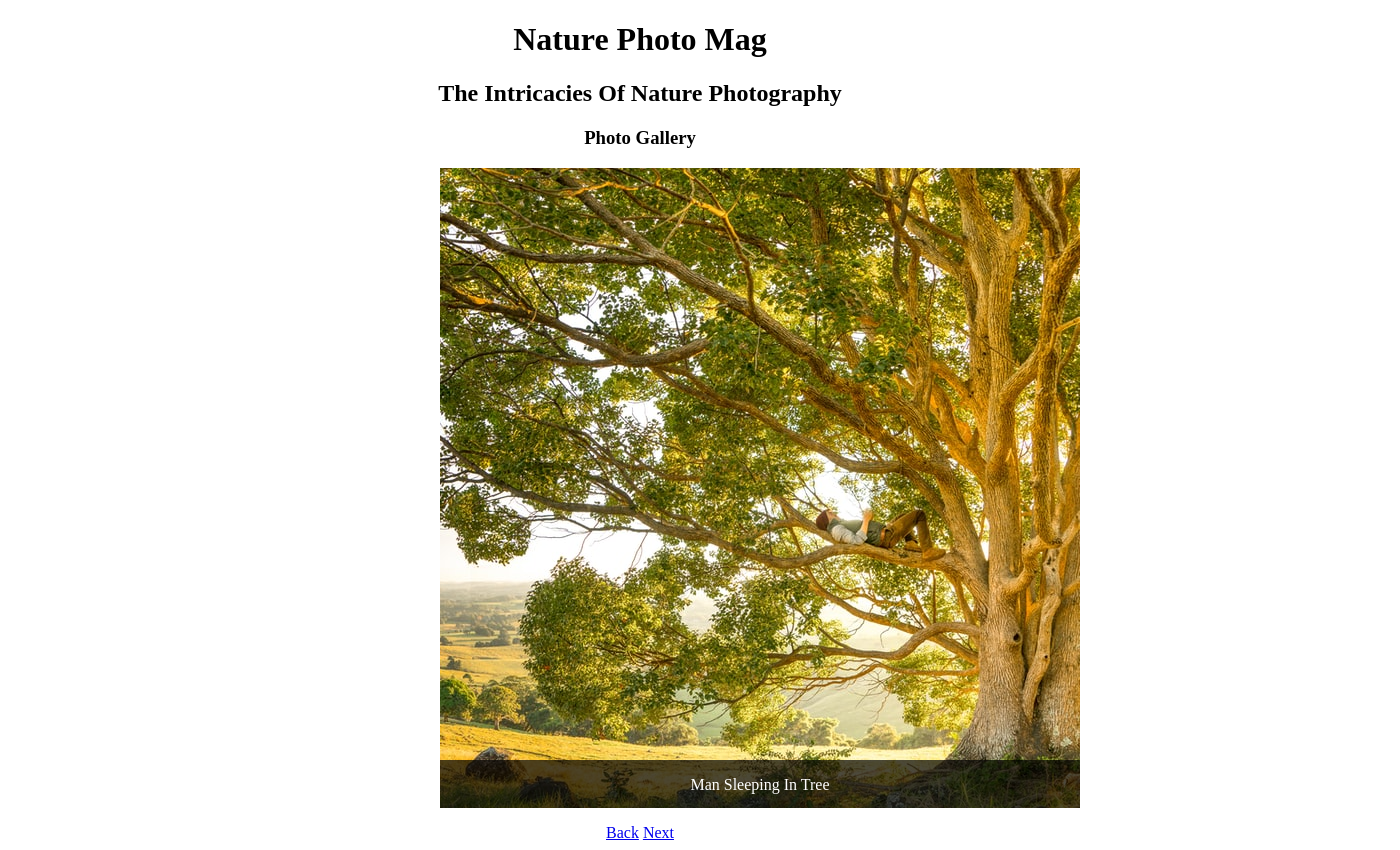
Repository: alexmaddux99/Image-Gallery
Page: index.html
These files come from the project's save history. The page is drawn as it stood at one moment and after the next save; the edit follows.
The browser window is 1280 px wide. The page is 1280 px wide, then 1400 px, then 1280 px, so the pictures cover 1400 px, including what lies to the right of the window. The pictures show the whole page.

Above is the page before, as saved 2022-03-08 12:18:22.

After the next save:
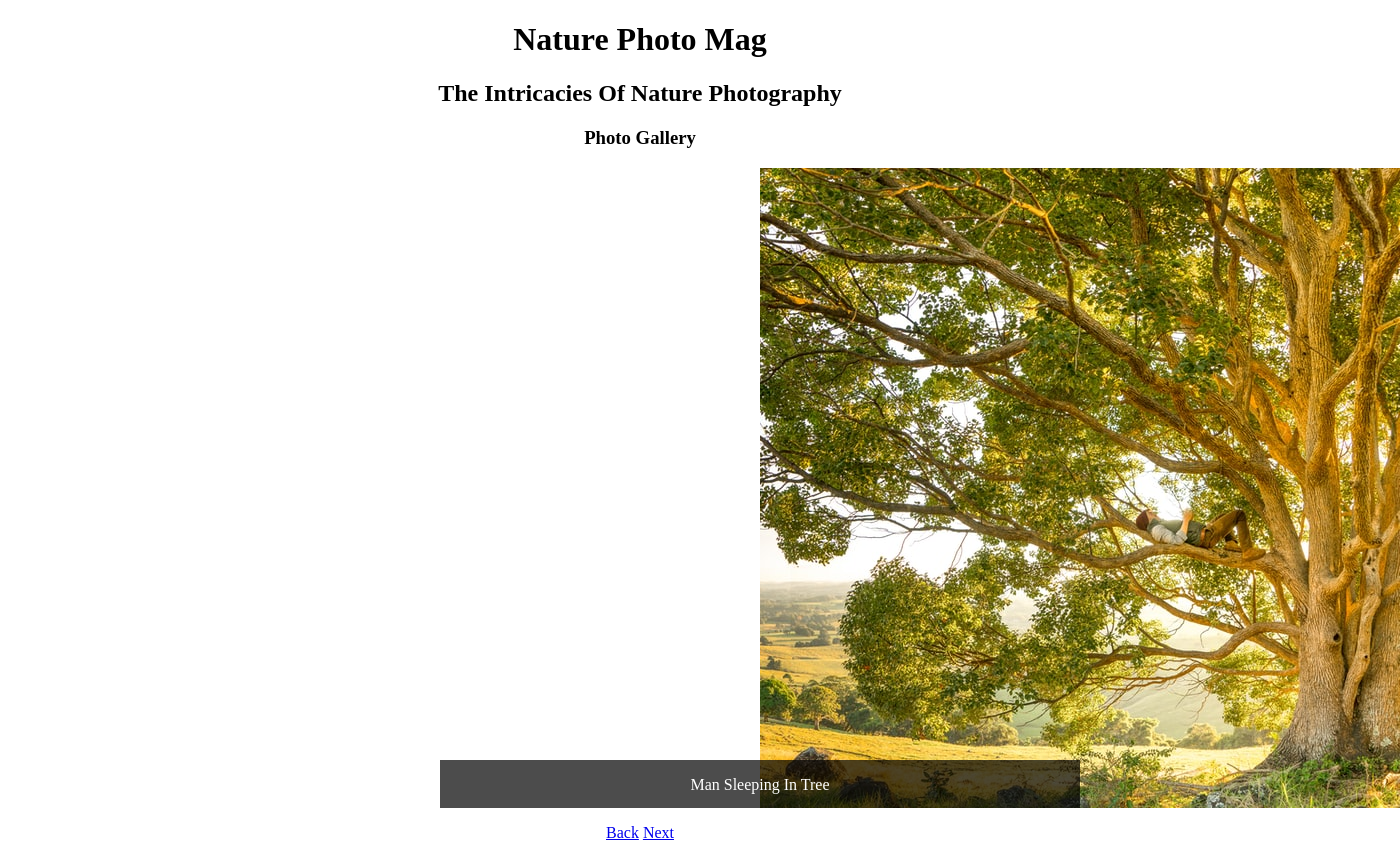
Saved 12 s later.
--- a/css/main.css
+++ b/css/main.css
@@ -21,8 +21,7 @@
 }
 
 .slide {
-  display:block;
-  margin-bottom: 2rem;
+
 }
 
 

After the save that followed:
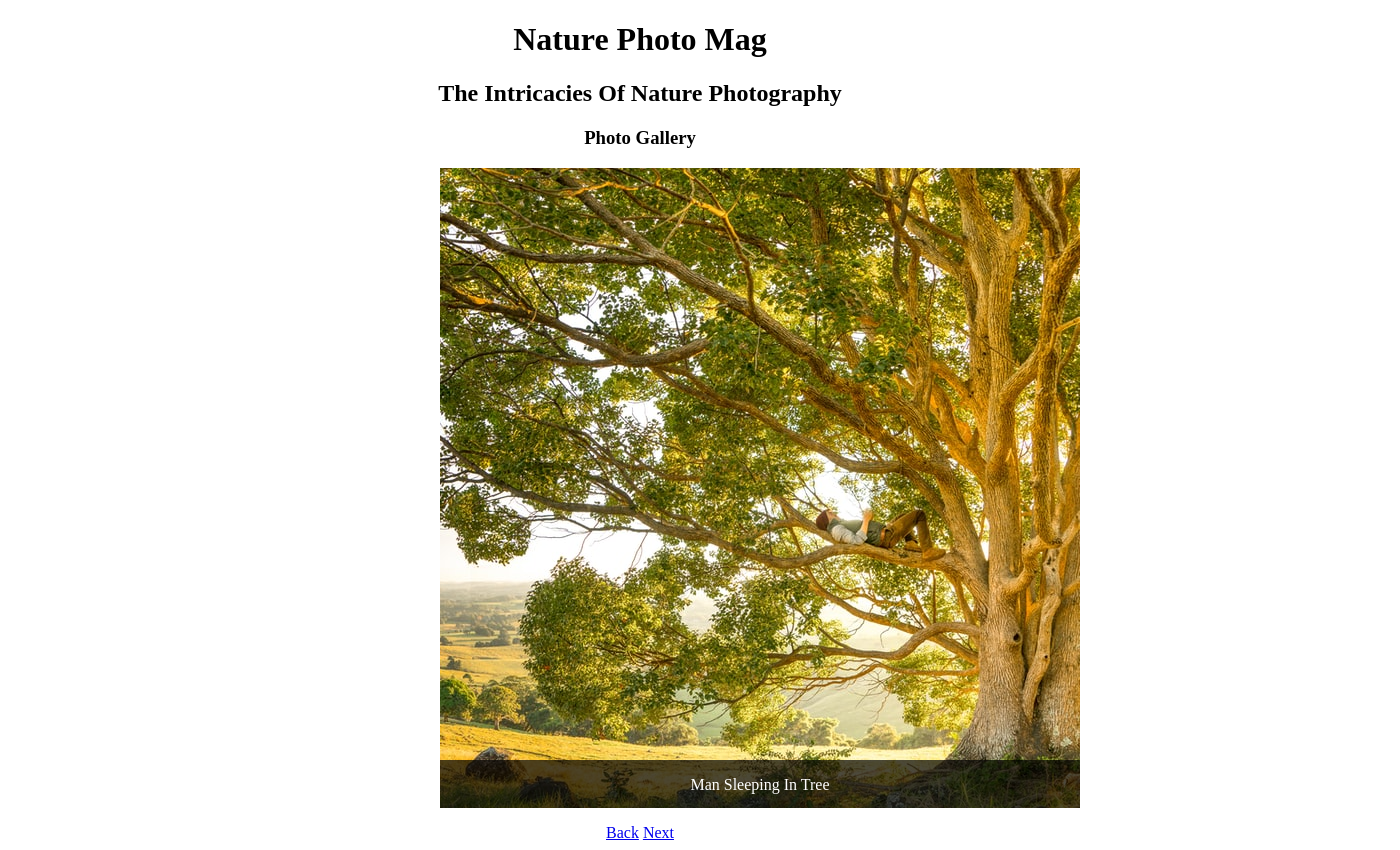
Saved 6 s later.
--- a/css/main.css
+++ b/css/main.css
@@ -21,7 +21,8 @@
 }
 
 .slide {
-
+  display:block;
+  margin-bottom: 2rem;
 }
 
 
